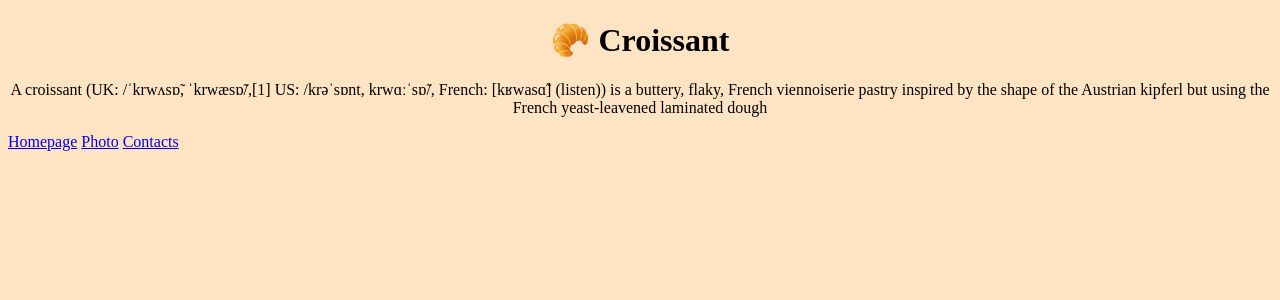
Repository: Bohoutdinova/Croissant
Page: index.html
An editor plug-in stored every save of this project. The page is shown before and after the next save, followed by the edit.
The browser window is 1280 px wide. The pictures show the whole page.

Above is the page before, as saved 2022-08-08 17:47:52.

### index.html
<!DOCTYPE html>
<html lang="en">
  <head>
    <meta charset="UTF-8" />
    <meta http-equiv="X-UA-Compatible" content="IE=edge" />
    <meta name="viewport" content="width=device-width, initial-scale=1.0" />
    <title>Croissant</title>
    <link rel="stylesheet" href="/src/style.css" />
  </head>
  <body>
    <h1 class="header-main">🥐 Croissant</h1>
    <p>
      A croissant (UK: /ˈkrwʌsɒ̃, ˈkrwæsɒ̃/,[1] US: /krəˈsɒnt, krwɑːˈsɒ̃/, French:
      [kʁwasɑ̃] (listen)) is a buttery, flaky, French viennoiserie pastry
      inspired by the shape of the Austrian kipferl but using the French
      yeast-leavened laminated dough
    </p>
    <div class="container">
      <a href="/index.html">Homepage</a>
      <a href="/photo.html">Photo</a>
      <a href="/contact.html">Contacts</a>
    </div>
  </body>
</html>

### src/style.css
body {
  background-color: bisque;
}
h1 {
  text-align: center;
}
p {
  text-align: center;
}
a {
  text-align: center;
}

After the next save:
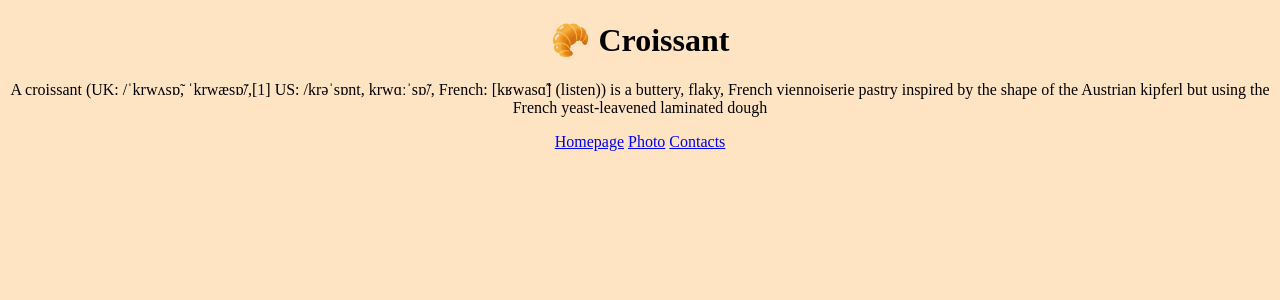
Saved 14 s later.
--- a/src/style.css
+++ b/src/style.css
@@ -7,6 +7,6 @@ h1 {
 p {
   text-align: center;
 }
-a {
+.container {
   text-align: center;
 }
